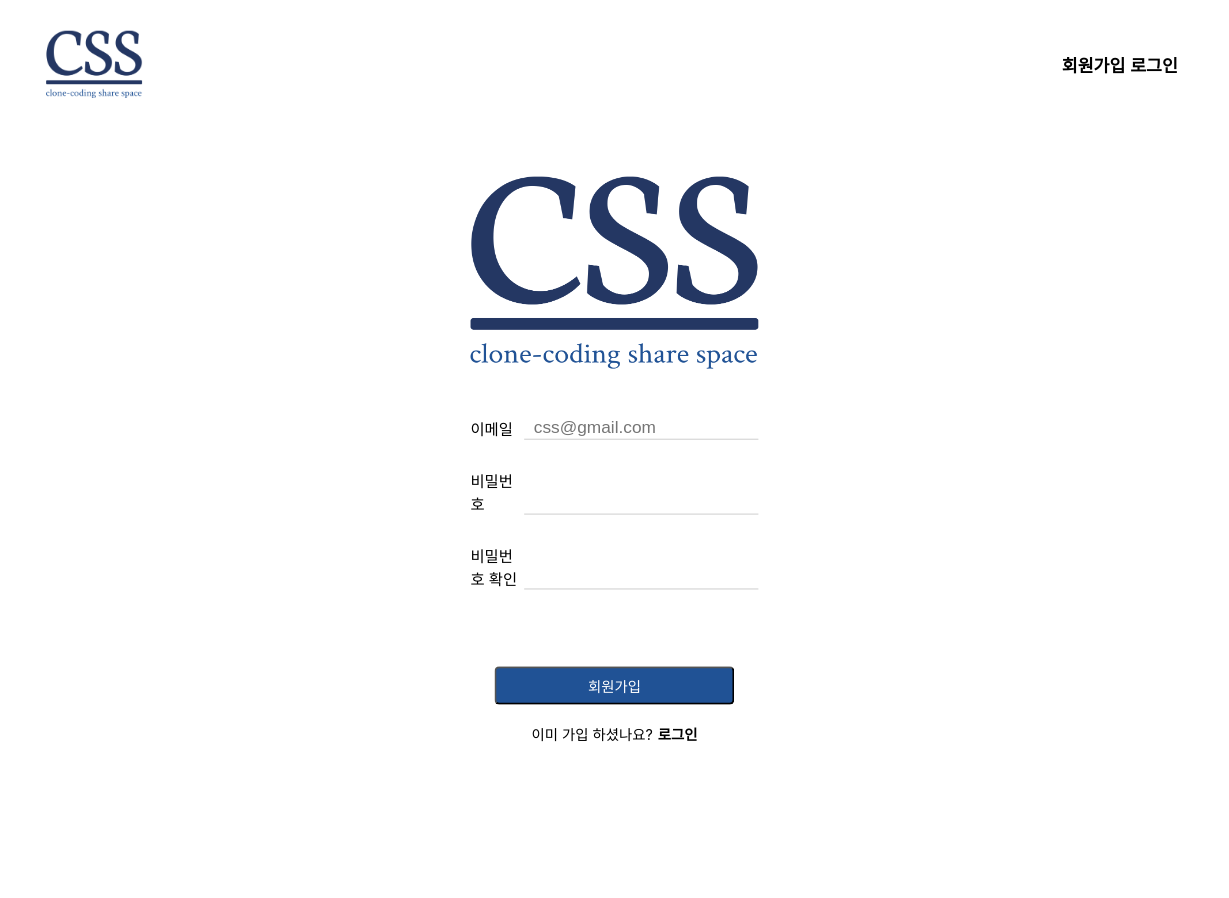
Repository: YS739/React-project-CSS
Page: /signUp
These files come from the project's save history. The page is drawn as it stood at one moment and after the next save; the edit follows.
The browser window is 1280 px wide. The pictures show the whole page, at 96% of full size.
The project was rebuilt for these pictures with package versions that can differ from the ones it lists, and the page was loaded fresh each time. Also part of the build but not shown: src/components/DetailPage/AddComment/style.js, src/components/DetailPage/CommentList/style.js, src/components/DetailPage/Comment/style.js, src/components/DetailPage/Comment/CustomConfirmUI.jsx, src/components/DetailPage/Comment/Comment.jsx, src/components/DetailPage/CommentList/CommentList.tsx, src/components/DetailPage/AddComment/AddComment.jsx, src/components/DetailPage/ChannelInfo/ChannelInfo.jsx and 23 more. Imported but missing from the stored project, and not drawn on this page: src/common/apiKey.

Above is the page before, as saved 2023-01-25 19:18:35.

After the next save:
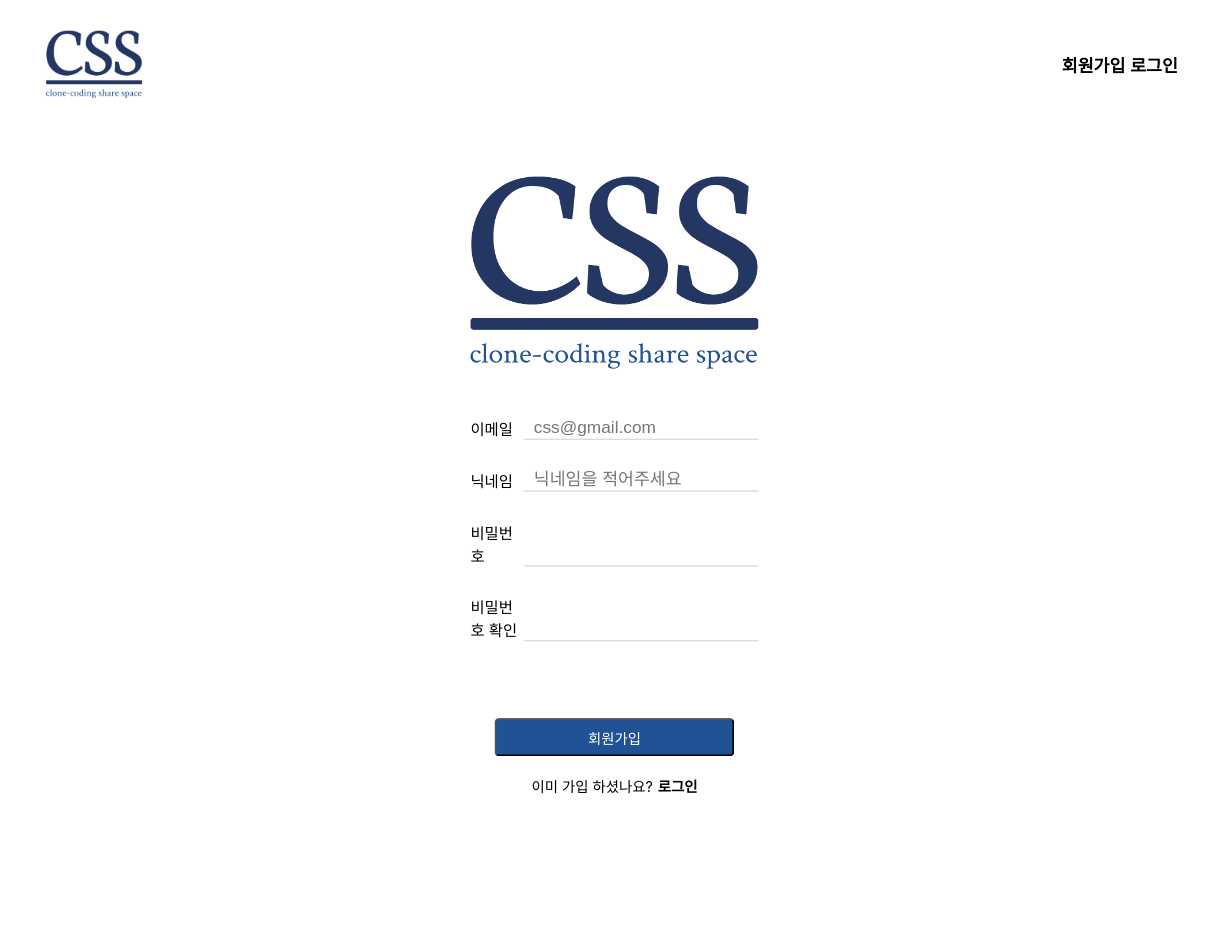
Saved 17 min 22 s later.
--- a/src/pages/SignUpPage/SignUpPage.jsx
+++ b/src/pages/SignUpPage/SignUpPage.jsx
@@ -86,25 +86,30 @@ const SignUpPage = () => {
 
     // 회원가입
     await createUserWithEmailAndPassword(authService, email, password)
-      .then((userCredential) => {
-        // Signed in
-        const user = userCredential.user;
-        console.log(user);
-        console.log('password', password);
-        alert('회원가입이 완료되었습니다.');
-        setEmail('');
-        setPassword('');
-        navigate('/');
+      .then(() => {
+        console.log('회원가입 성공!');
+        updateProfile(authService.currentUser, {
+          displayName: nickName,
+        })
+          .then(() => {
+            alert('회원가입 성공!');
+            setEmail('');
+            setNickName('');
+            setPw('');
+            navigate('Tabs', { screen: 'Home' });
+          })
+          .catch((err) => {
+            console.log(err.message);
+          });
       })
-      .catch((error) => {
-        const errorCode = error.code;
-        const errorMessage = error.message;
-        console.log('errorMessage', errorMessage);
-        if (errorMessage.includes('already-in-use')) {
-          alert('이미 사용중인 아이디입니다.');
-        }
-        // TODO: 에러 - alert 말고 input 창 밑에 빨간 글씨
+      .catch((err) => {
+        console.log(err.message);
       });
+
+    if (errorMessage.includes('already-in-use')) {
+      alert('이미 사용중인 아이디입니다.');
+    }
+    // TODO: 에러 - alert 말고 input 창 밑에 빨간 글씨
   };
   return (
     <SignUpContainer>
@@ -121,7 +126,7 @@ const SignUpPage = () => {
             }}
           />
         </Id>
-        {/* <Name>
+        <Name>
           닉네임
           <Input
             ref={displayNameRef}
@@ -130,8 +135,8 @@ const SignUpPage = () => {
             onChange={(e) => {
               setDisplayName(e.target.value);
             }}
-          /> */}
-        {/* </Name> */}
+          />
+        </Name>
         <Password>
           비밀번호
           {/* FIXME: 비밀번호가 안 가려진다 */}
